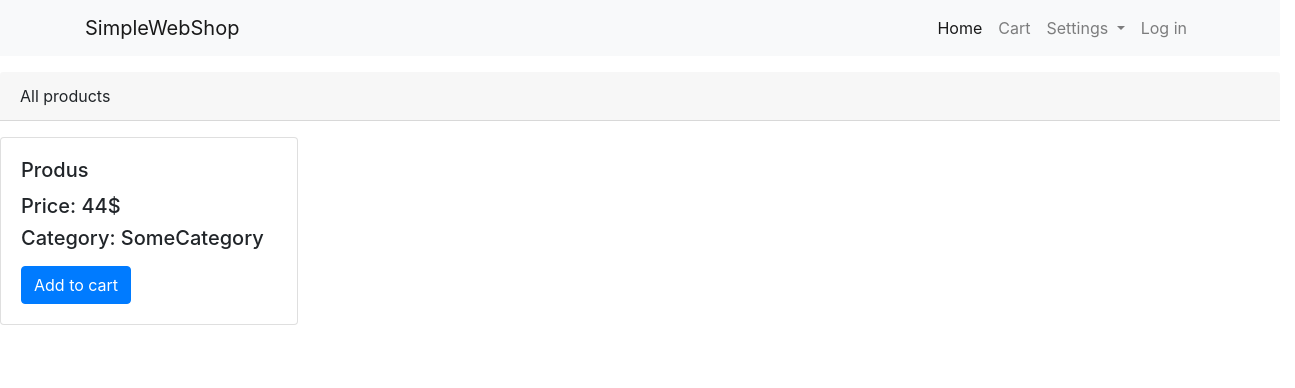
Repository: ClaudiuStoian1229/SimpleWebShop
Page: http://localhost/Simple_shop/
The author's editor kept a copy of each file at every save. The page is drawn from the files as they stood at one save, then again after the next save.
The browser window is 1280 px wide. The page is 1295 px wide, so the pictures cover 1295 px, including what lies to the right of the window. The pictures show the whole page.
Some web libraries are served in a nearby version. The page is served by Tomcat 9.

Above is the page before, as saved 2022-03-04 01:56:36.

After the next save:
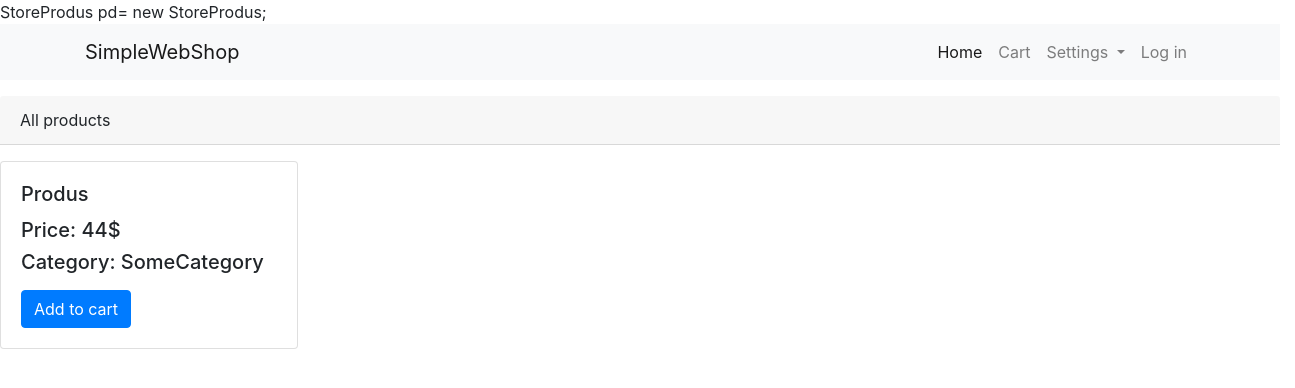
Saved 6 min 16 s later.
--- a/Simple_shop/src/main/webapp/index.jsp
+++ b/Simple_shop/src/main/webapp/index.jsp
@@ -1,5 +1,9 @@
 <%@ page language="java" contentType="text/html; charset=ISO-8859-1"
     pageEncoding="ISO-8859-1"%>
+<%@ page import="sws.model.*" %>
+
+    StoreProdus pd= new StoreProdus;
+
 <!DOCTYPE html>
 <html>
 <head>
